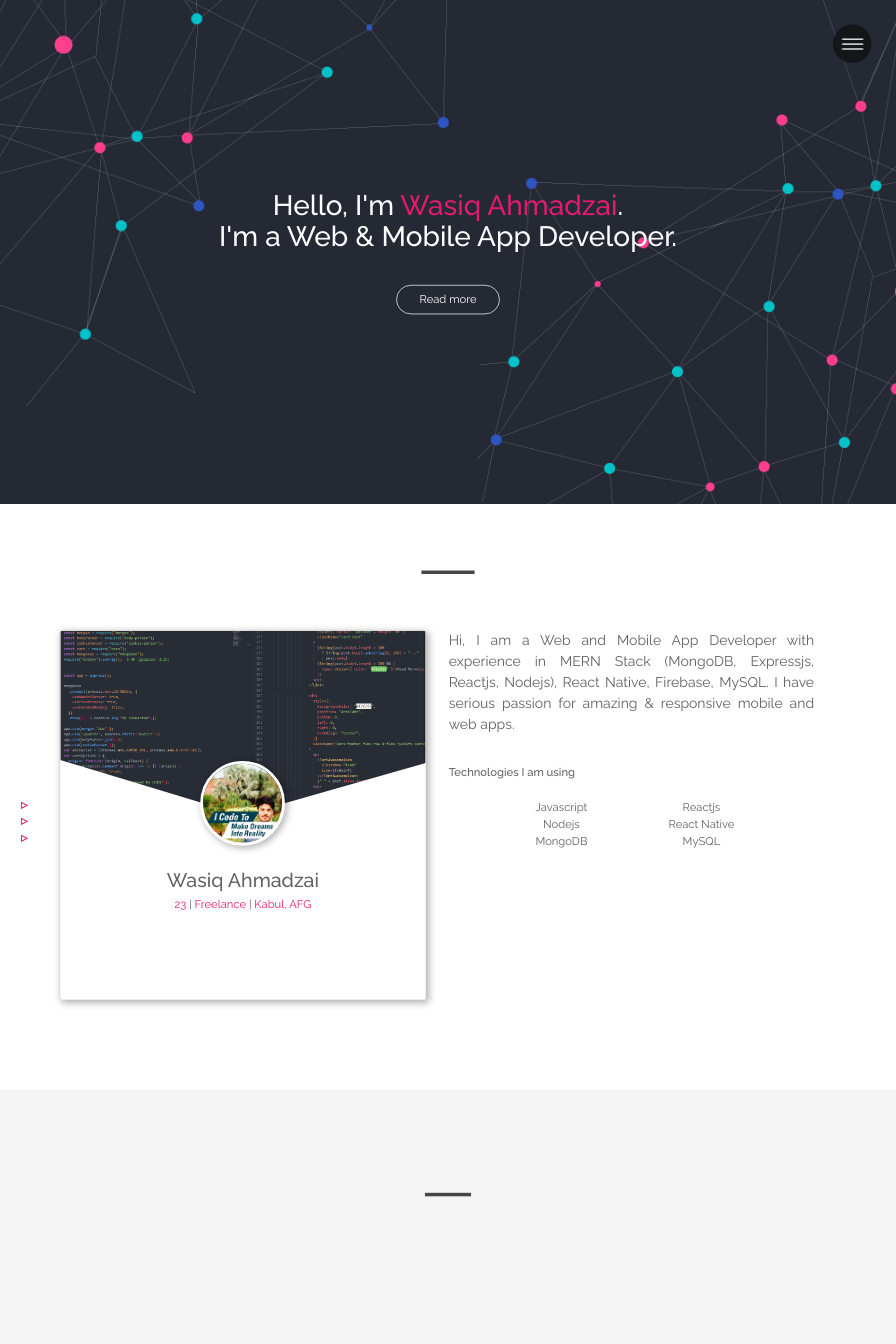
Repository: wasiqkhan/wasiqkhan.github.io
Page: index.html
These files come from the project's save history. The page is drawn as it stood at one moment and after the next save; the edit follows.
The browser window is 1280 px wide. The pictures show the part of the page from y = 0 to 1920 px (the page is 5002 px tall), at 70% of full size.
Some web fonts or font styles are not loaded; a fallback is used.

Above is the page before, as saved 2020-11-06 17:39:46.
Not found: js/all.js
Not found: js/app.js
Not found: js/particles.js

After the next save:
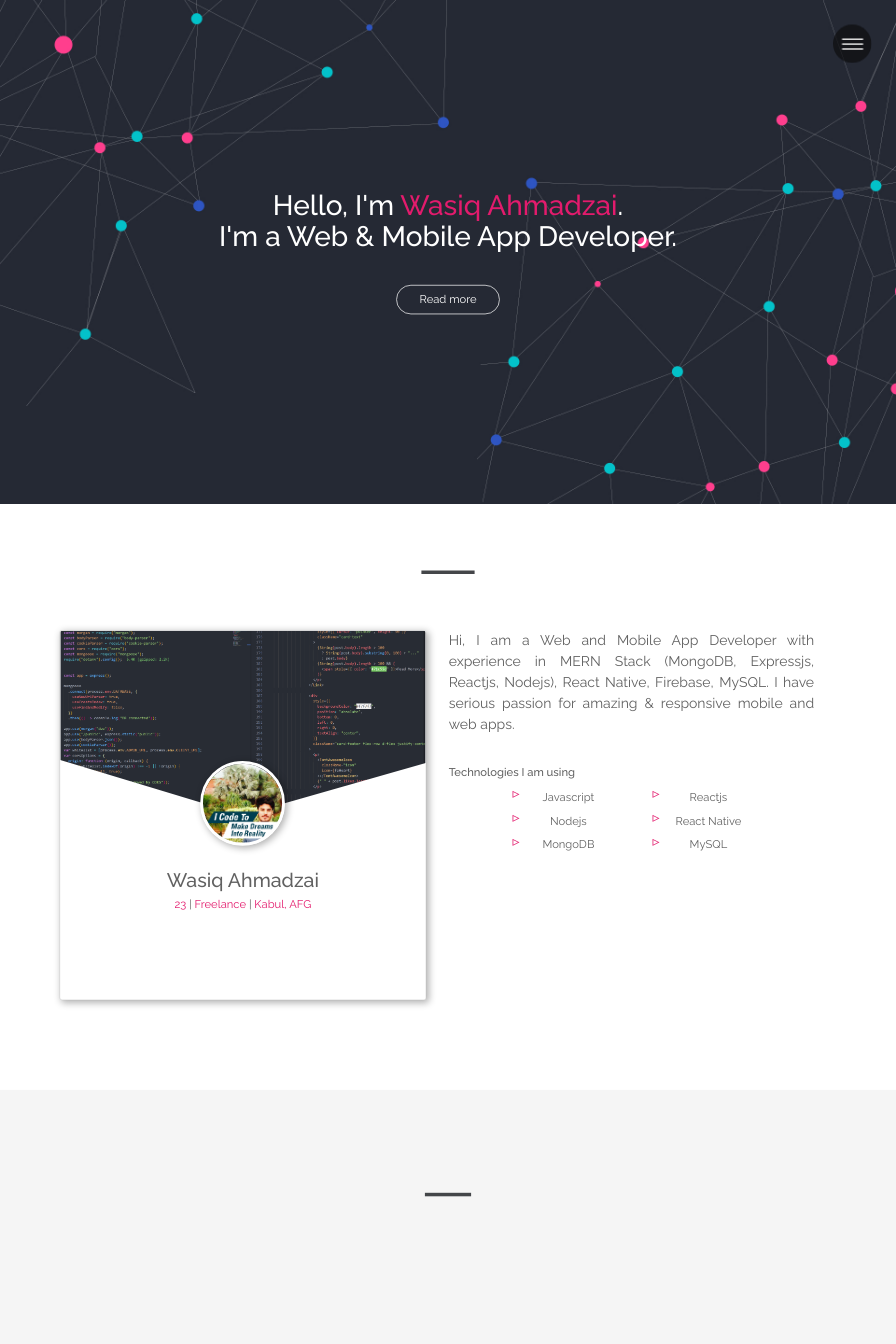
Saved 10 s later.
--- a/css/style.css
+++ b/css/style.css
@@ -471,10 +471,9 @@ a {
   list-style: none;
 }
 .skill-set li {
-  /* position: relative;
+  position: relative;
   margin-bottom: 10px;
-  padding-left: 20px; */
-  float: left;
+  padding-left: 20px;
 }
 .skill-set li::before {
   content: "▹";
